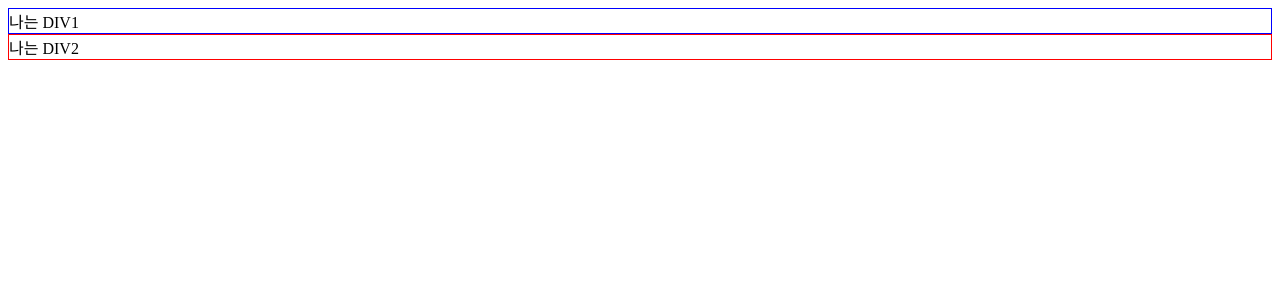
Repository: gold37/JAVA_HOME
Page: myjsp/myjsp/HTML5/WebContent/ch01_cssOrder/cssOrder.html
These files come from the project's save history. The page is drawn as it stood at one moment and after the next save; the edit follows.
The browser window is 1280 px wide. The pictures show the whole page.

Above is the page before, as saved 2020-04-22 03:22:45.

After the next save:
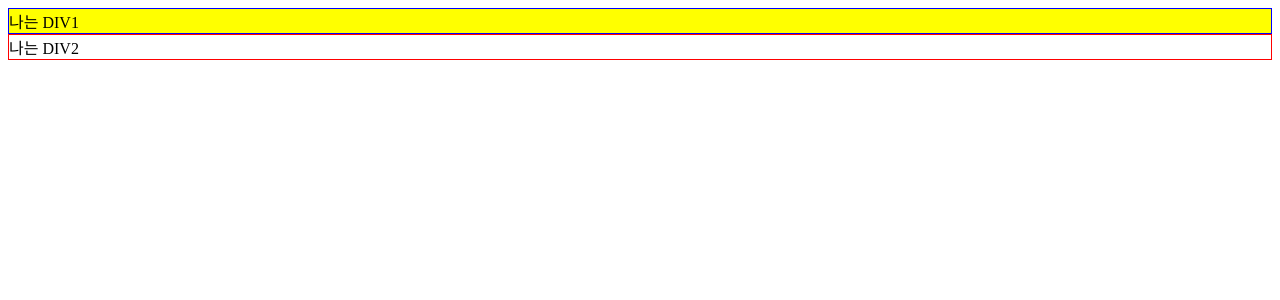
Saved 58 s later.
--- a/myjsp/myjsp/HTML5/WebContent/ch01_cssOrder/cssOrder.html
+++ b/myjsp/myjsp/HTML5/WebContent/ch01_cssOrder/cssOrder.html
@@ -7,9 +7,8 @@
 </head>
 <body>
 
-<div style="border: solid 1px blue";>나는 DIV1</div>
+<div style="border: solid 1px blue; background-color: yellow;">나는 DIV1</div>
 <div style="border: solid 1px red";>나는 DIV2</div>
-
 
 
 </body>
